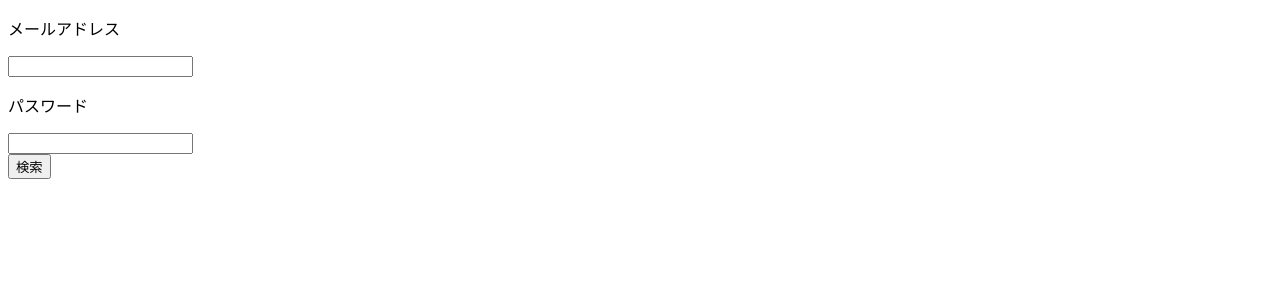
Repository: kawahito05-work/dc_work_nakano_kawahito_php
Page: http://localhost/htdocs/php17/practice_preg_match_intermediate.php
The author's editor kept a record of every edit. The page is drawn from the files as they stood at one moment, then again after the next edit.
The browser window is 1280 px wide. The pictures show the whole page.
The page is run by PHP 8.4 with error messages shown; the project is at /var/www/html/.

Above is the page before.

After the next edit:
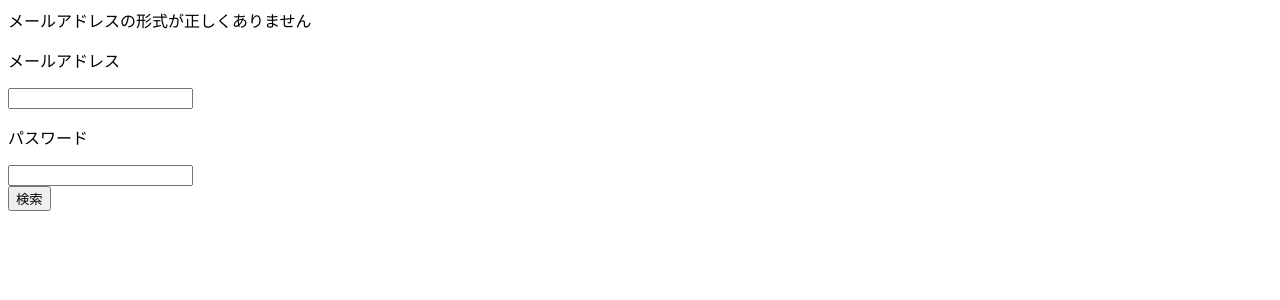
The edit:
--- a/htdocs/php17/practice_preg_match_intermediate.php
+++ b/htdocs/php17/practice_preg_match_intermediate.php
@@ -26,7 +26,7 @@
 if (preg_match($regexp_password, $password) === 1 && preg_match($regexp_address, $address) === 1) {
     $message = '登録完了';
 } else if (preg_match($regexp_address, $address) !== 1) {
-    $address = 'メールアドレスの形式が正しくありません<br>';
+    $address_err = 'メールアドレスの形式が正しくありません<br>';
 } else if (preg_match($regexp_password, $password) !== 1) {
     $password_err = 'パスワードは半角英数記号6文字以上18文字以下で入力してください';
 }
